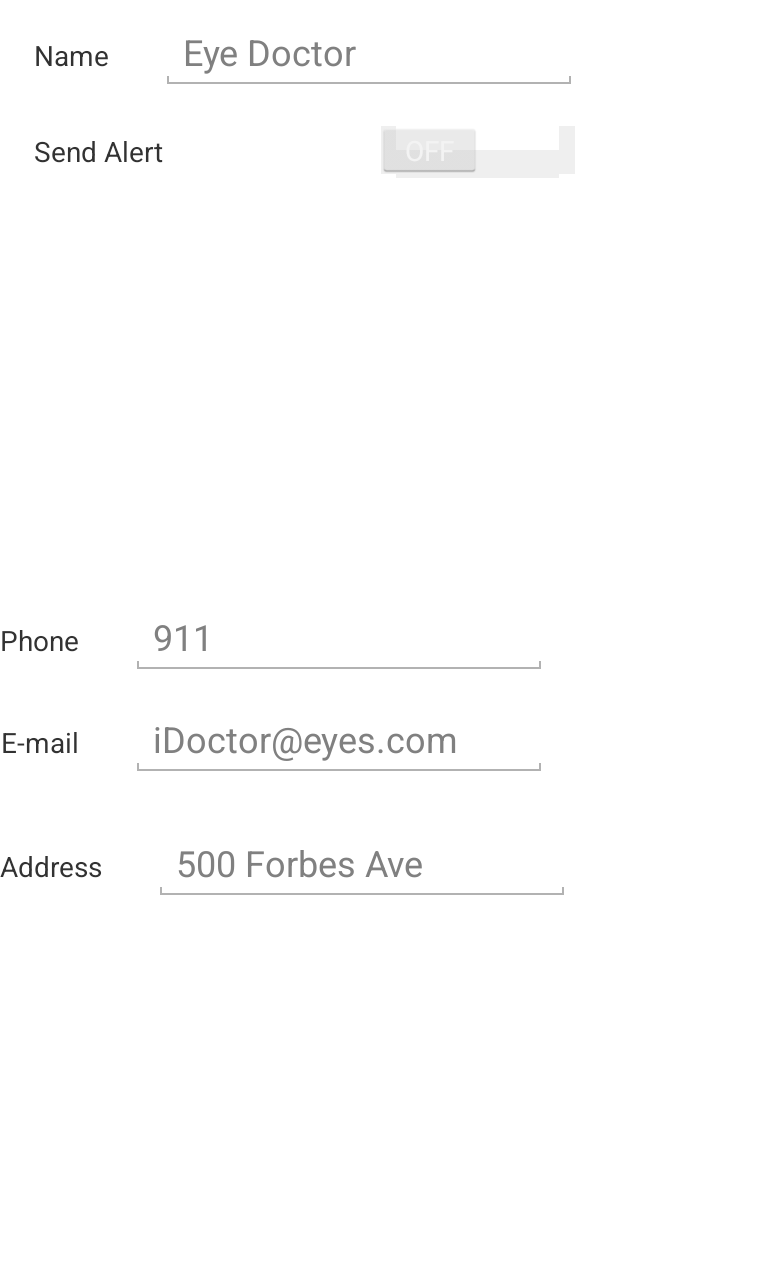
Repository: ranika/pilltracker
Layout: PillTracker/res/layout/f_doctors_doctoreditactivity.xml
These files come from the project's save history. The layout is drawn as it stood at one moment and after the next save; the edit follows.
It is drawn on a 768 x 1280 px phone screen (xhdpi) without system bars, with theme AppTheme; the app's code is not run.

Above is the layout before, as saved 2014-04-16 15:00:51.

### PillTracker/res/layout/f_doctors_doctoreditactivity.xml
<RelativeLayout xmlns:android="http://schemas.android.com/apk/res/android"
    android:layout_width="fill_parent"
    android:layout_height="fill_parent" >

    <TextView
        android:id="@+id/textView1"
        android:layout_width="wrap_content"
        android:layout_height="wrap_content"
        android:layout_alignParentLeft="true"
        android:layout_alignParentTop="true"
        android:layout_marginLeft="17dp"
        android:layout_marginTop="18dp"
        android:text="@string/name" />

    <EditText
        android:id="@+id/fdea_et1"
        android:layout_width="wrap_content"
        android:layout_height="wrap_content"
        android:layout_alignBaseline="@+id/textView1"
        android:layout_alignBottom="@+id/textView1"
        android:layout_marginLeft="25dp"
        android:layout_toRightOf="@+id/textView1"
        android:hint="@string/eye_doctor"
        android:ems="10" >
    </EditText>

    <TextView
        android:id="@+id/textView2"
        android:layout_width="wrap_content"
        android:layout_height="wrap_content"
        android:layout_alignLeft="@+id/textView1"
        android:layout_below="@+id/fdea_et1"
        android:layout_marginTop="20dp"
        android:text="@string/send_alert" />

    <Switch
        android:id="@+id/fdea_s1"
        android:layout_width="wrap_content"
        android:layout_height="wrap_content"
        android:layout_alignBaseline="@+id/textView2"
        android:layout_alignBottom="@+id/textView2"
        android:layout_alignRight="@+id/fdea_et1" />

    <!-- for future implementation
    <RadioButton
        android:id="@+id/fdea_cb1"
        android:layout_width="wrap_content"
        android:layout_height="wrap_content"
        android:layout_alignLeft="@+id/textView2"
        android:layout_below="@+id/fdea_s1"
        android:layout_marginTop="20dp"
        android:text="@string/pill" />

    <RadioButton
        android:id="@+id/fdea_cb2"
        android:layout_width="wrap_content"
        android:layout_height="wrap_content"
        android:layout_alignLeft="@+id/fdea_cb1"
        android:layout_below="@+id/fdea_cb1"
        android:text="@string/vitamin" />

    <RadioButton
        android:id="@+id/fdea_cb3"
        android:layout_width="wrap_content"
        android:layout_height="wrap_content"
        android:layout_alignLeft="@+id/fdea_cb2"
        android:layout_below="@+id/fdea_cb2"
        android:text="@string/nasal" />

    -->

	<!-- android:layout_alignLeft="@+id/fdea_cb3" -->
    <TextView
        android:id="@+id/textView3"
        android:layout_width="wrap_content"
        android:layout_height="wrap_content"
        android:layout_alignLeft="@+id/fdea_s3"
        android:layout_centerVertical="true"
        android:text="@string/phone" />

    <EditText
        android:id="@+id/fdea_et2"
        android:layout_width="wrap_content"
        android:layout_height="wrap_content"
        android:layout_alignBaseline="@+id/textView3"
        android:layout_alignBottom="@+id/textView3"
        android:layout_marginLeft="25dp"
        android:layout_toRightOf="@+id/textView3"
        android:hint="@string/number"
        android:ems="10" >
    </EditText>

    <TextView
        android:id="@+id/textView4"
        android:layout_width="wrap_content"
        android:layout_height="wrap_content"
        android:layout_alignRight="@+id/textView3"
        android:layout_below="@+id/fdea_et2"
        android:layout_marginTop="23dp"
        android:text="@string/email" />

    <EditText
        android:id="@+id/fdea_et3"
        android:layout_width="wrap_content"
        android:layout_height="wrap_content"
        android:layout_alignBaseline="@+id/textView4"
        android:layout_alignBottom="@+id/textView4"
        android:layout_marginLeft="25dp"
        android:layout_toRightOf="@+id/textView4"
        android:hint="@string/email_address"
        android:ems="10" >
    </EditText>

    <TextView
        android:id="@+id/textView5"
        android:layout_width="wrap_content"
        android:layout_height="wrap_content"
        android:layout_alignLeft="@+id/textView3"
        android:layout_below="@+id/fdea_et3"
        android:layout_marginTop="34dp"
        android:text="@string/address" />

    <EditText
        android:id="@+id/fdea_et4"
        android:layout_width="wrap_content"
        android:layout_height="wrap_content"
        android:layout_alignBaseline="@+id/textView5"
        android:layout_alignBottom="@+id/textView5"
        android:layout_marginLeft="25dp"
        android:layout_toRightOf="@+id/textView5"
        android:hint="@string/addy"
        android:ems="10" >
    </EditText>

</RelativeLayout>

### PillTracker/res/values/strings.xml
<?xml version="1.0" encoding="utf-8"?>
<resources>

    <string name="app_name">Pill Tracker</string>
    <string name="med_log">Medication Log</string>
    <string name="prescriptions">Prescriptions</string>
    <string name="reminders">Reminders</string>
    <string name="doctors">Doctors</string>
    <string name="pharmacies">Pharmacies</string>
    <string name="notes">Notes</string>
    <string name="settings">Settings</string>

    <color name="black">#CCCCCC</color>

    <string name="title_activity_med_log">Medication Log</string>
    <string name="today">Today</string>
    <string name="ten_am">10 AM</string>
    <string name="pill">Pill</string>
    <string name="vitamin">Vitamin</string>
    <string name="ten_pm">10 PM</string>
    <string name="nasal">Nasal Spray</string>
    <string name="title_activity_prescription">Prescriptions</string>
    <string name="add">Add</string>
    <string name="title_activity_doctors">Doctors</string>
    <string name="eye_doctor">Eye Doctor</string>
    <string name="family_physician">Family Physician</string>
    <string name="orthopedic">Orthopedic</string>
    <string name="title_activity_notes">Notes</string>
    <string name="hello_world">Hello world!</string>
    <string name="action_settings">Settings</string>
    <string name="reminder">Reminder</string>
    <string name="to_do">To Do</string>
    <string name="blah">BlahBlahBlah</string>
    <string name="title_activity_pharmacies">Pharmacies</string>

    <string-array name="miles">
        <item>10 miles</item>
        <item>15 miles</item>
        <item>20 miles</item>
        <item> 50 miles</item>
    </string-array>

    <string name="display">Display pharmacies within:</string>
    <string name="find">Find</string>
    <string name="title_activity_prescription_edit">Edit Prescription</string>
    <string name="title_activity_edit_prescription">Edit Prescriptions</string>
    <string name="name">Name</string>
    <string name="monday">Monday</string>
    <string name="tuesday">Tuesday</string>
    <string name="wednesday">Wednesday</string>
    <string name="thursday">Thursday</string>
    <string name="friday">Friday</string>
    <string name="saturday">Saturday</string>
    <string name="sunday">Sunday</string>
    <string name="days">Set Days</string>
    <string name="time">Set Time</string>
    <string name="title_activity_doctor_edit">Edit Doctor</string>
    <string name="send_alert">Send Alert</string>
    <string name="phone">Phone</string>
    <string name="number">911</string>
    <string name="email">E-mail</string>
    <string name="email_address">iDoctor@eyes.com</string>
    <string name="address">Address</string>
    <string name="addy">500 Forbes Ave</string>
    <string name="title_activity_reminders">Reminders</string>
    <string name="title_activity_settings">Settings</string>
    <string name="location">My Location</string>
    <string name="wireless">Use wireless networks</string>
    <string name="gps">Use GPS satellites</string>

</resources>

Loaded but not shown: PillTracker/res/values/styles.xml (common file); PillTracker/res/values-v11/styles.xml (common file); PillTracker/res/values-v14/styles.xml (common file)

After the next save:
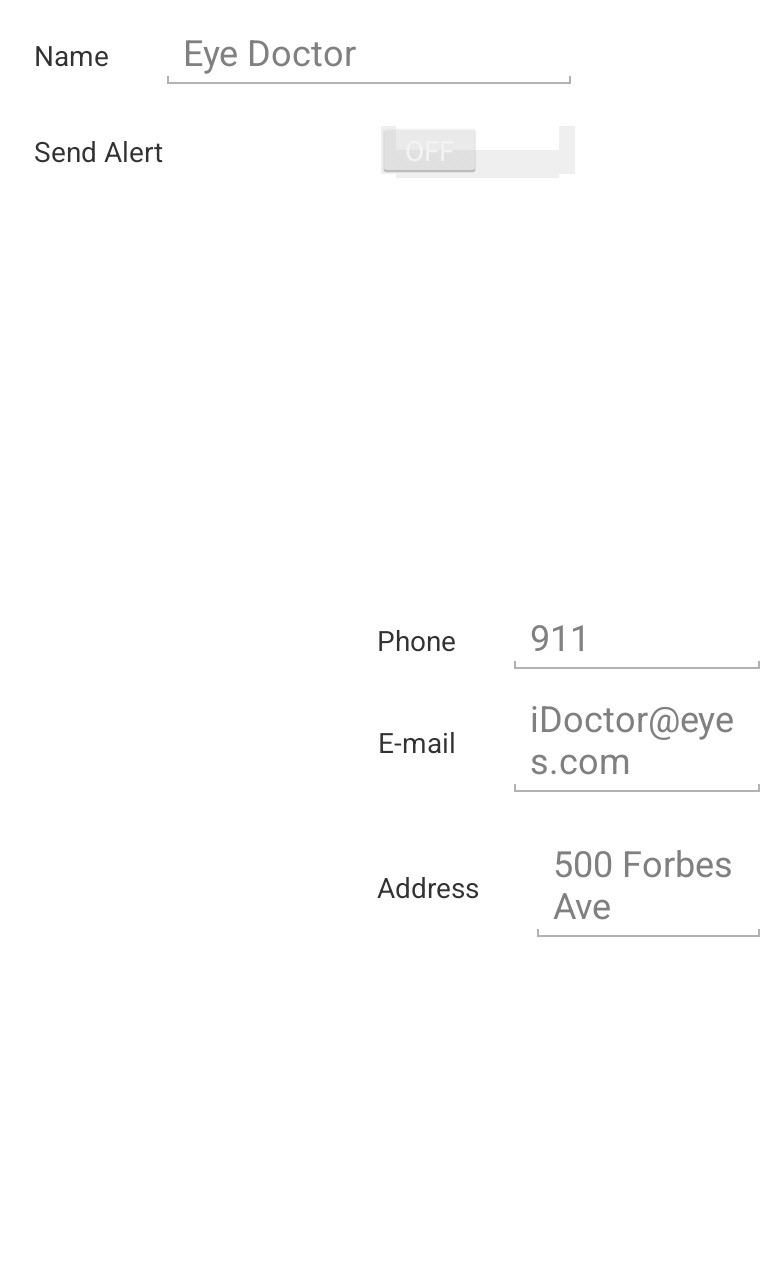
Saved 9 s later.
--- a/PillTracker/res/layout/f_doctors_doctoreditactivity.xml
+++ b/PillTracker/res/layout/f_doctors_doctoreditactivity.xml
@@ -74,7 +74,7 @@
         android:id="@+id/textView3"
         android:layout_width="wrap_content"
         android:layout_height="wrap_content"
-        android:layout_alignLeft="@+id/fdea_s3"
+        android:layout_alignLeft="@+id/fdea_s1"
         android:layout_centerVertical="true"
         android:text="@string/phone" />
 

After the save that followed:
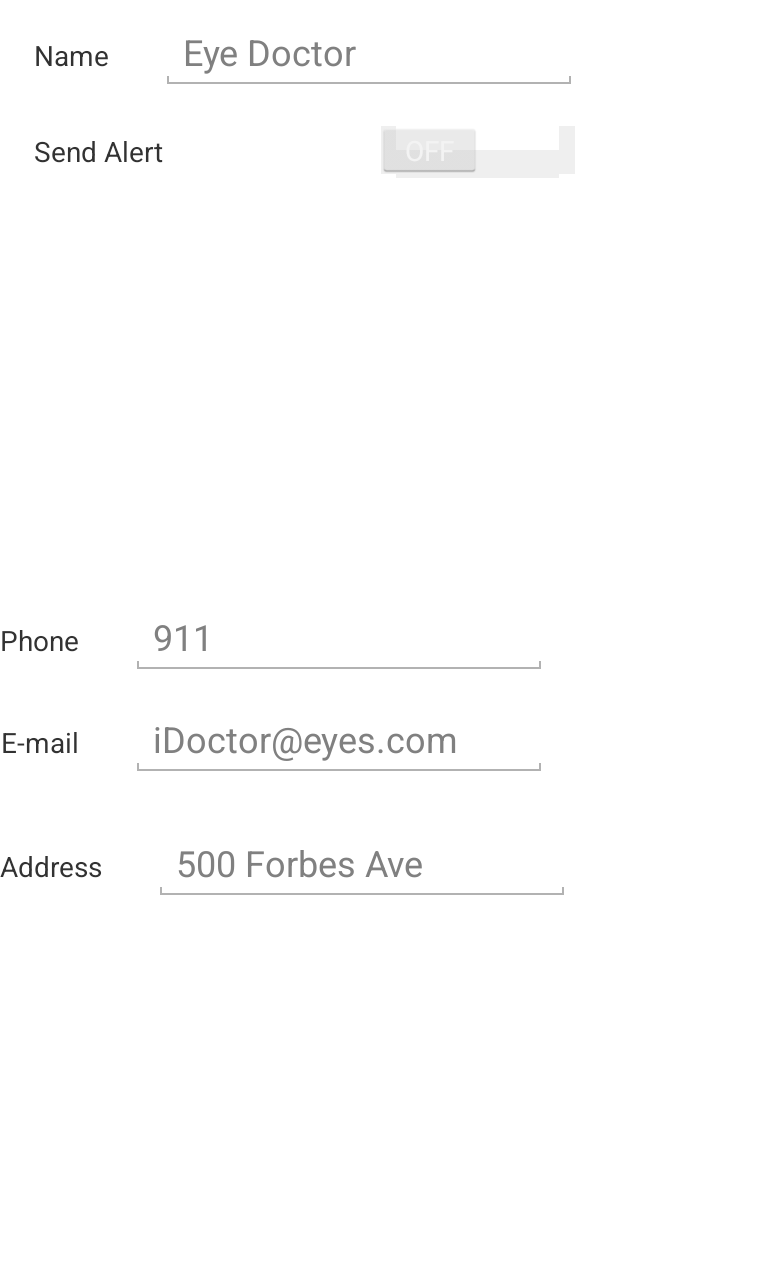
Saved 35 s later.
--- a/PillTracker/res/layout/f_doctors_doctoreditactivity.xml
+++ b/PillTracker/res/layout/f_doctors_doctoreditactivity.xml
@@ -74,7 +74,6 @@
         android:id="@+id/textView3"
         android:layout_width="wrap_content"
         android:layout_height="wrap_content"
-        android:layout_alignLeft="@+id/fdea_s1"
         android:layout_centerVertical="true"
         android:text="@string/phone" />
 
